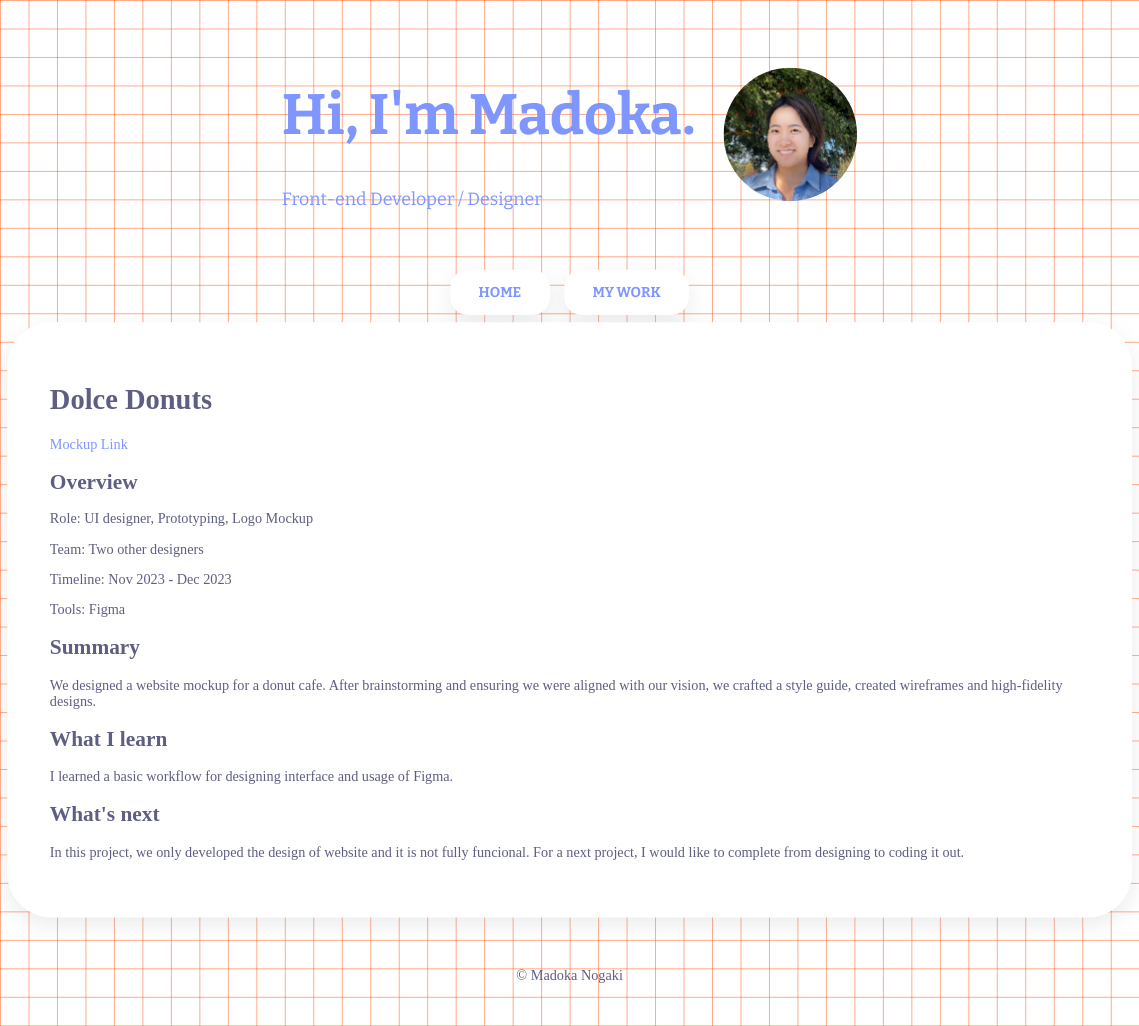
Repository: ohmaruko/portfolio
Page: /links/dolcedonuts
The author's editor kept a copy of each file at every save. The page is drawn from the files as they stood at one save, then again after a run of saves.
The browser window is 1280 px wide. The pictures show the whole page, at 89% of full size.
The project was rebuilt for these pictures with package versions that can differ from the ones it lists, and the page was loaded fresh each time. The framework's server and built-in components were replaced by stand-ins that run in the browser. Also part of the build but not shown: next.config.mjs.

Above is the page before, as saved 2024-02-18 01:01:52.

After the next 3 saves:
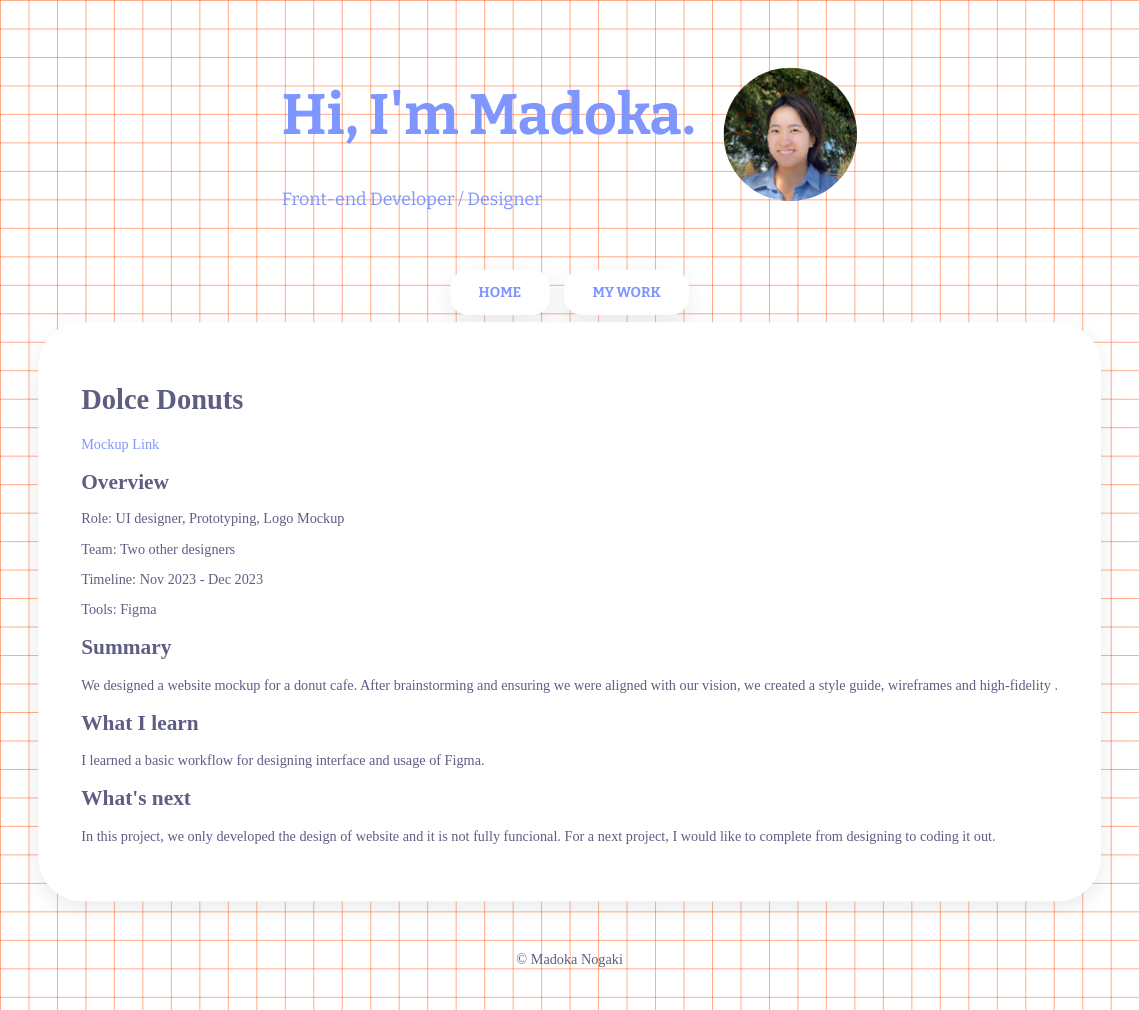
The 3 saves are shown as one change because they came seconds apart.
The last was saved 11 s later.
--- a/pages/links/dolcedonuts.js
+++ b/pages/links/dolcedonuts.js
@@ -32,7 +32,7 @@ export default function Works() {
               <p>Timeline: Nov 2023 - Dec 2023</p>
               <p>Tools: Figma</p>
               <h2>Summary</h2>
-              <p>We designed a website mockup for a donut cafe. After brainstorming and ensuring we were aligned with our vision, we crafted a style guide, created wireframes and high-fidelity designs.</p>
+              <p>We designed a website mockup for a donut cafe. After brainstorming and ensuring we were aligned with our vision, we created a style guide, wireframes and high-fidelity .</p>
               <h2>What I learn</h2>
               <p>I learned a basic workflow for designing interface and usage of Figma.</p>
               <h2>What's next</h2>
